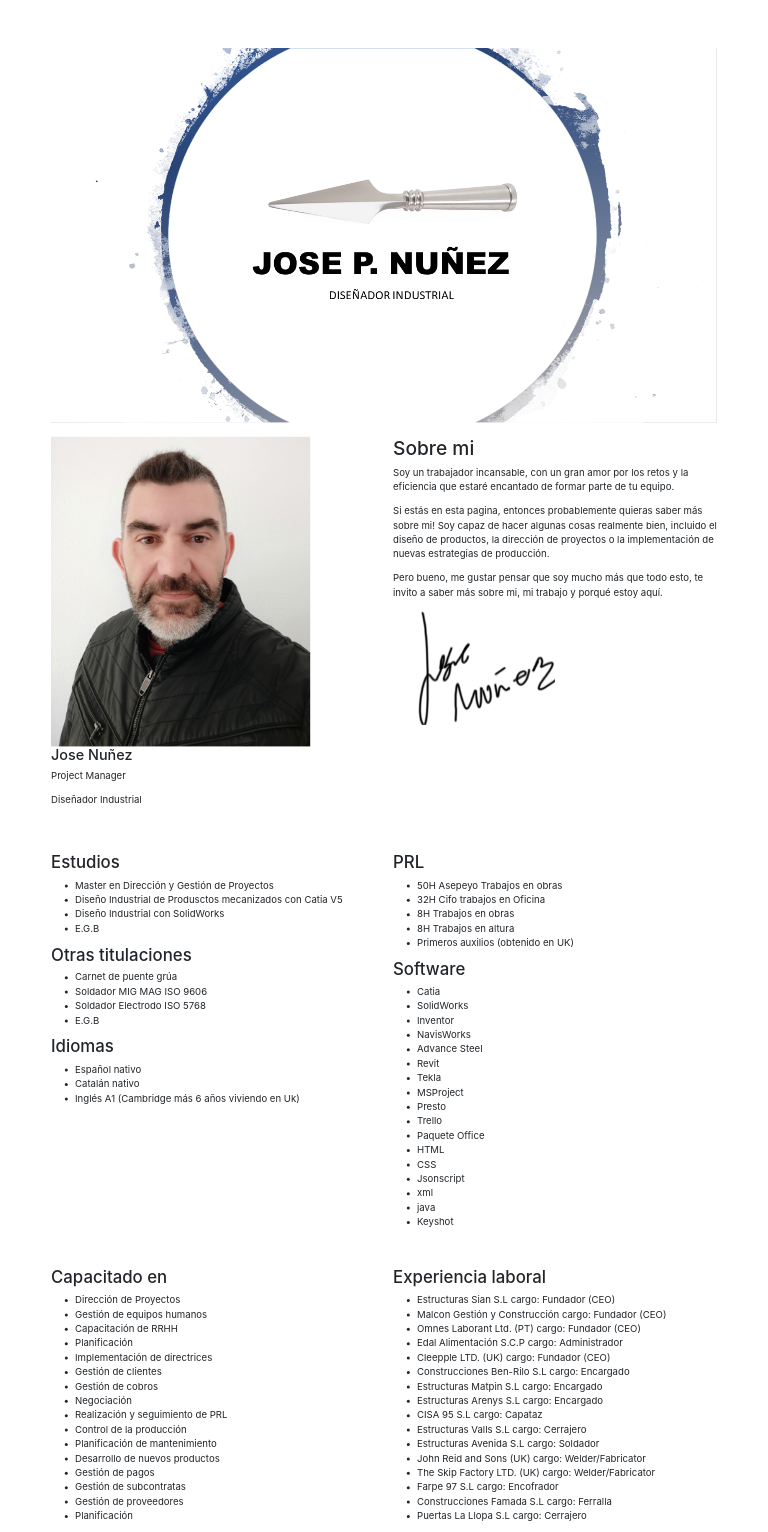
Repository: Hrotgarion1/jose
Page: index.html
These files come from the project's save history. The page is drawn as it stood at one moment and after the next save; the edit follows.
The browser window is 1280 px wide. The pictures show the whole page, at 60% of full size.

Above is the page before, as saved 2020-09-29 20:30:44.

### index.html
<!DOCTYPE html>
<html lang="en">
<head>
    <meta charset="UTF-8">
    <meta name="viewport" content="width=device-width, user-scalable=no, initial-scale=1.0, maximum-scale=1.0, minimum-scale=1.0">
    <title>josenunez.eu</title>
    <meta name="jose p nunez" content="">
    <link rel="stylesheet" href="css/bootstrap.min.css">
    <!-- Favicon -->
    <link rel="shortcut icon" href="img/LogoPuntaDeLanza.png">
</head>
<body>
    <!--Navegador responsive de la web-->
    <nav class="navbar navbar-expand-lg navbar-dark">
        <a class="navbar-brand" href="../jose/index.html">Inicio</a>
        <button class="navbar-toggler" type="button" data-toggle="collapse" data-target="#navbarNavDropdown" aria-controls="navbarNavDropdown" aria-expanded="false" aria-label="Toggle navigation">
          <span class="navbar-toggler-icon"></span>
        </button>

        <div class="collapse navbar-collapse" id="navbarNavDropdown">
          <ul class="navbar-nav">
            <li class="nav-item">
              <a class="nav-link" href="#inicio">Inicio <span class="sr-only">(current)</span></a>
            </li>
            <li class="nav-item">
              <a class="nav-link" href="#sobre">Sobre mi <span class="sr-only">(current)</span></a>
            </li>
            <li class="nav-item">
              <a class="nav-link" href="#cv">Estudios</a>
            </li>
            <li class="nav-item">
              <a class="nav-link" href="#exp">Experiencia</a>
            </li>
            <li class="nav-item dropdown">
              <a class="nav-link dropdown-toggle" href="#" id="navbarDropdownMenuLink" role="button" data-toggle="dropdown" aria-haspopup="true" aria-expanded="false">
                Proyectos realizados
              </a>
              <div class="dropdown-menu" aria-labelledby="navbarDropdownMenuLink">
                <a class="dropdown-item" href="../jose/solid.html">Diseños con SolidWorks</a>
                <a class="dropdown-item" href="../jose/catia.html">Diseños con Catia V5</a>
                <a class="dropdown-item" href="../jose/projects.html">Proyectos realizados</a>
                <a class="dropdown-item" href="../jose/video.html">Videos</a>
              </div>
            </li>
          </ul>
        </div>
      </nav>
      <br>

      <!--Imagen principal-->
      <div class="container">
        <section id="inicio">
          <div class="row">
            <div class="col-xs-12 col-sm-12 col-md-12 col-lg-12">
              <img src="img/LogoPuntaDeLanza.png" width="100%" height="100%">
            </div>
          </div>
        </section>
        <br>

        <!--Seccion en la que me presento-->

        <section class="main row" id="sobre">
          <article class="col-xs-12 col-sm-6 col-md-6 col-lg-6">
              <img src="img/Jose1peque.png" width="80%" height="80%">
              <br>
              <h4 class="t-name">Jose Nuñez</h4>
              <p><span class="t-role">Project Manager</span></p>
              <p><span class="t-role">Diseñador Industrial</span></p>

          </article>
          <br>

         <aside class="col-xs-12 col-sm-6 col-md-6 col-lg-6">
          <h2 class="t1-heading">Sobre mi</h2>
                <p>Soy un trabajador incansable, con un gran amor por los retos y la eficiencia que estaré encantado de formar parte de tu equipo.</p>
                <p>Si estás en esta pagina, entonces probablemente quieras saber más sobre mi! Soy capaz de hacer algunas cosas realmente bien, incluido el diseño de productos, la dirección de proyectos o la implementación de nuevas estrategias de producción.</p>
                <p>Pero bueno, me gustar pensar que soy mucho más que todo esto, te invito a saber más sobre mi, mi trabajo y porqué estoy aquí.</p>
                <img src="img/firmajose.png" width="50%" height="30%"alt="J.Nuñez">
       </aside>
        </section>
        <br><br>

        <!--Seccion en la que pongo unas listas con mis capacidades y mis estudios-->

        <section class="main row" id="cv">

          <article class="col-xs-12 col-sm-6 col-md-6 col-lg-6">
              <h3>Estudios</h3>
              <ul>
                <li>Master en Dirección y Gestión de Proyectos</li>
                <li>Diseño Industrial de Produsctos mecanizados con Catia V5</li>
                <li>Diseño Industrial con SolidWorks</li>
                <li>E.G.B</li>
              </ul>
              <h3>Otras titulaciones</h3>
              <ul>
                <li>Carnet de puente grúa</li>
                <li>Soldador MIG MAG ISO 9606</li>
                <li>Soldador Electrodo ISO 5768</li>
                <li>E.G.B</li>
              </ul>
              <h3>Idiomas</h3>
              <ul>
                <li>Español nativo</li>
                <li>Catalán nativo</li>
                <li>Inglés A1 (Cambridge más 6 años viviendo en Uk)</li>
              </ul>



          </article>
          <br>

         <aside class="col-xs-12 col-sm-6 col-md-6 col-lg-6">
          <h3>PRL</h3>
              <ul>
                <li>50H Asepeyo Trabajos en obras</li>
                <li>32H Cifo trabajos en Oficina</li>
                <li>8H Trabajos en obras</li>
                <li>8H Trabajos en altura</li>
                <li>Primeros auxilios (obtenido en UK)</li>
              </ul>
              <h3>Software</h3>
              <ul>
                <li>Catia</li>
                <li>SolidWorks</li>
                <li>Inventor</li>
                <li>NavisWorks</li>
                <li>Advance Steel</li>
                <li>Revit</li>
                <li>Tekla</li>
                <li>MSProject</li>
                <li>Presto</li>
                <li>Trello</li>
                <li>Paquete Office</li>
                <li>HTML</li>
                <li>CSS</li>
                <li>Jsonscript</li>
                <li>xml</li>
                <li>java</li>
                <li>Keyshot</li>

              </ul>
       </aside>

        </section>
        <br><br>

        <!--Seccion en la que pongo unas listas con mis capacidades y mis estudios-->

        <section class="main row" id="exp">

          <article class="col-xs-12 col-sm-6 col-md-6 col-lg-6">
            <h3>Capacitado en</h3>
            <ul>
              <li>Dirección de Proyectos</li>
              <li>Gestión de equipos humanos</li>
              <li>Capacitación de RRHH</li>
              <li>Planificación</li>
              <li>Implementación de directrices</li>
              <li>Gestión de clientes</li>
              <li>Gestión de cobros</li>
              <li>Negociación</li>
              <li>Realización y seguimiento de PRL</li>
              <li>Control de la producción</li>
              <li>Planificación de mantenimiento</li>
              <li>Desarrollo de nuevos productos</li>
              <li>Gestión de pagos</li>
              <li>Gestión de subcontratas</li>
              <li>Gestión de proveedores</li>
              <li>Planificación</li>
            </ul>

          </article>
          <br>

         <aside class="col-xs-12 col-sm-6 col-md-6 col-lg-6">

              <h3>Experiencia laboral</h3>
              <ul>
                <li>Estructuras Sian S.L cargo: Fundador (CEO)</li>
                <li>Malcon Gestión y Construcción cargo: Fundador (CEO)</li>
                <li>Omnes Laborant Ltd. (PT) cargo: Fundador (CEO)</li>
                <li>Edal Alimentación S.C.P cargo: Administrador</li>
                <li>Cleepple LTD. (UK) cargo: Fundador (CEO)</li>
                <li>Construcciones Ben-Rilo S.L cargo: Encargado</li>
                <li>Estructuras Matpin S.L cargo: Encargado</li>
                <li>Estructuras Arenys S.L cargo: Encargado</li>
                <li>CISA 95 S.L cargo: Capataz</li>
                <li>Estructuras Valls S.L cargo: Cerrajero</li>
                <li>Estructuras Avenida S.L cargo: Soldador</li>
                <li>John Reid and Sons (UK) cargo: Welder/Fabricator</li>
                <li>The Skip Factory LTD. (UK) cargo: Welder/Fabricator</li>
                <li>Farpe 97 S.L cargo: Encofrador</li>
                <li>Construcciones Famada S.L cargo: Ferralla</li>
                <li>Puertas La Llopa S.L cargo: Cerrajero</li>
              </ul>
       </aside>

        </section>



      </div>



    <script src="js/jquery-3.5.1.min.js"></script>
    <script src="js/bootstrap.min.js"></script>



</body>
</html>

Loaded but not shown: css/bootstrap.min.css (library); js/jquery-3.5.1.min.js (library); js/bootstrap.min.js (library)

After the next save:
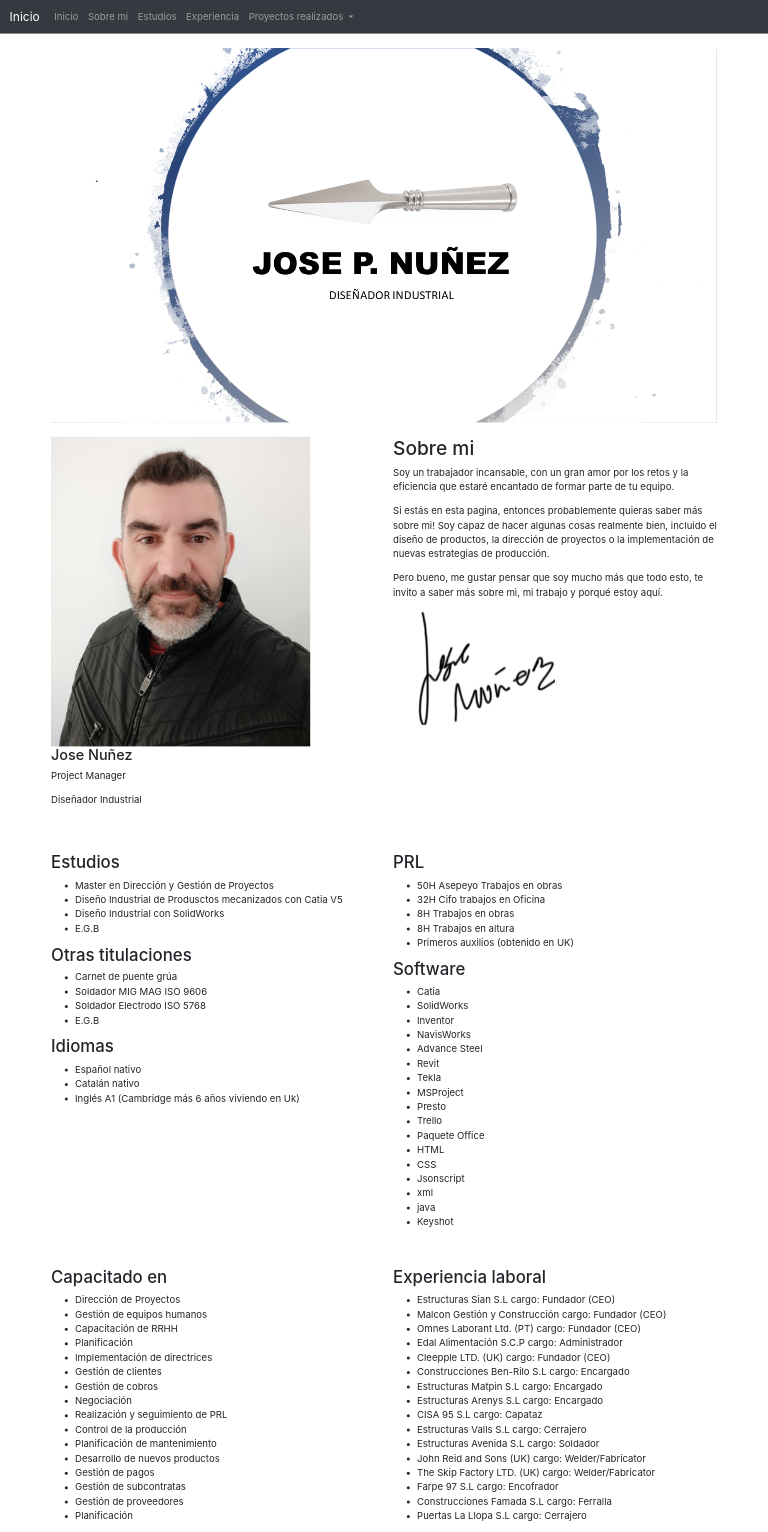
Saved 30 s later.
--- a/index.html
+++ b/index.html
@@ -11,7 +11,7 @@
 </head>
 <body>
     <!--Navegador responsive de la web-->
-    <nav class="navbar navbar-expand-lg navbar-dark">
+    <nav class="navbar navbar-expand-lg navbar-dark bg-dark">
         <a class="navbar-brand" href="../jose/index.html">Inicio</a>
         <button class="navbar-toggler" type="button" data-toggle="collapse" data-target="#navbarNavDropdown" aria-controls="navbarNavDropdown" aria-expanded="false" aria-label="Toggle navigation">
           <span class="navbar-toggler-icon"></span>
